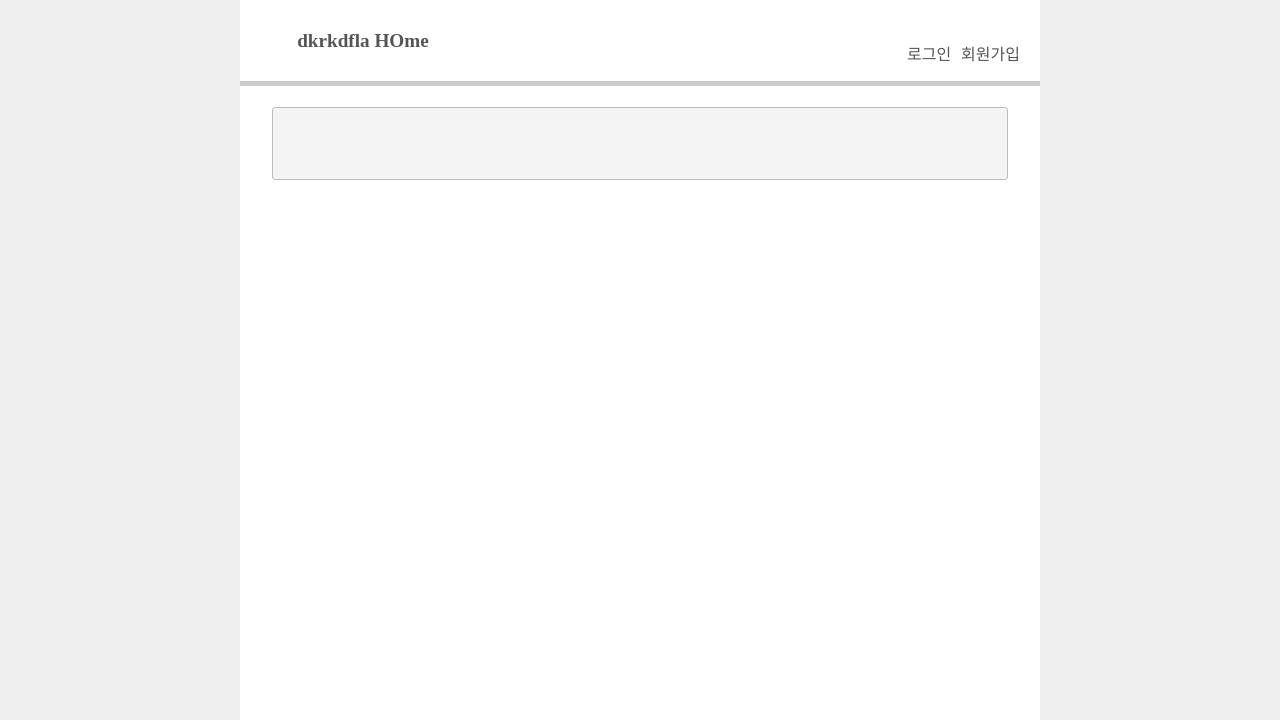
Repository: Dusajang/JSPClass
Page: http://localhost/jspPro/days02/ex02.jsp
The author's editor kept a copy of each file at every save. The page is drawn from the files as they stood at one save, then again after the next save.
The browser window is 1280 px wide. The pictures show the whole page.
Some web fonts or font styles are not loaded; a fallback is used. The page is served by Tomcat 9.

Above is the page before, as saved 2024-10-16 05:42:48.

After the next save:
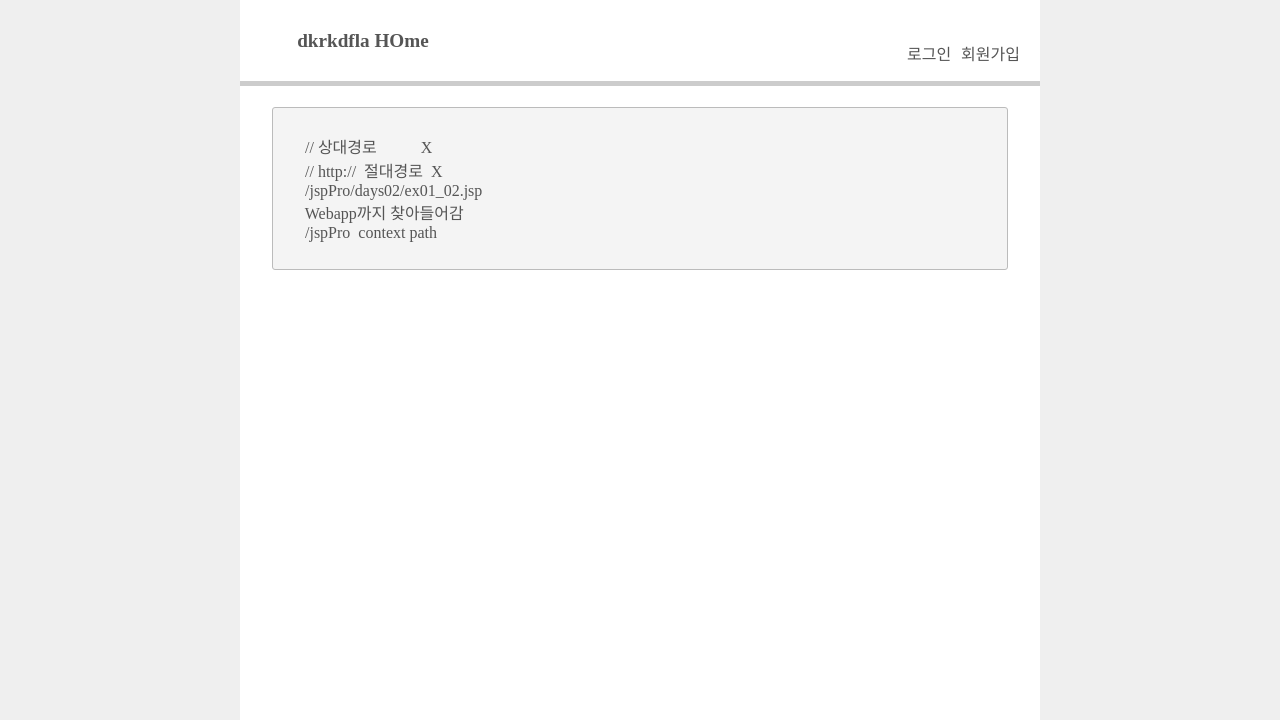
Saved 6 min 8 s later.
--- a/jspPro/src/main/webapp/days02/ex02.jsp
+++ b/jspPro/src/main/webapp/days02/ex02.jsp
@@ -26,7 +26,11 @@
 </header>
 <div>
   <xmp class="code">
-
+    // 상대경로           X
+    // http://  절대경로  X
+    /jspPro/days02/ex01_02.jsp
+    Webapp까지 찾아들어감
+    /jspPro  context path
   </xmp>
 </div>
 </body>
